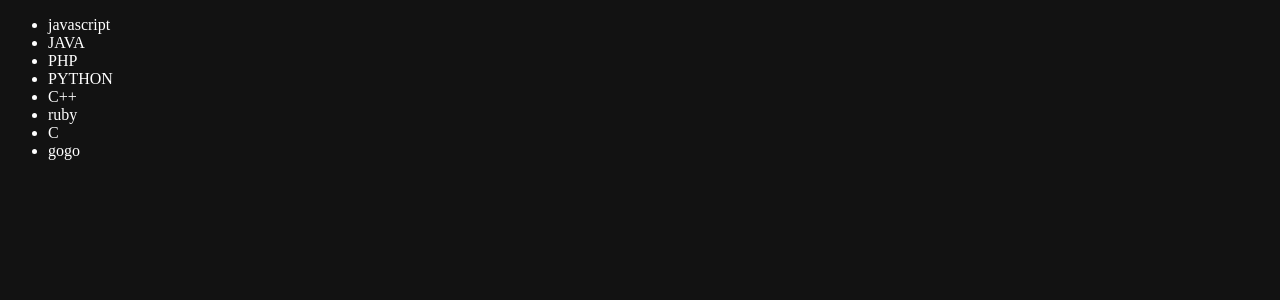
Repository: VishwaGoswami1407/JavaScript-Practice
Page: 06_dom/four.html
The author's editor kept a copy of each file at every save. The page is drawn from the files as they stood at one save, then again after the next save.
The browser window is 1280 px wide. The pictures show the whole page.

Above is the page before, as saved 2024-07-06 17:25:39.

After the next save:
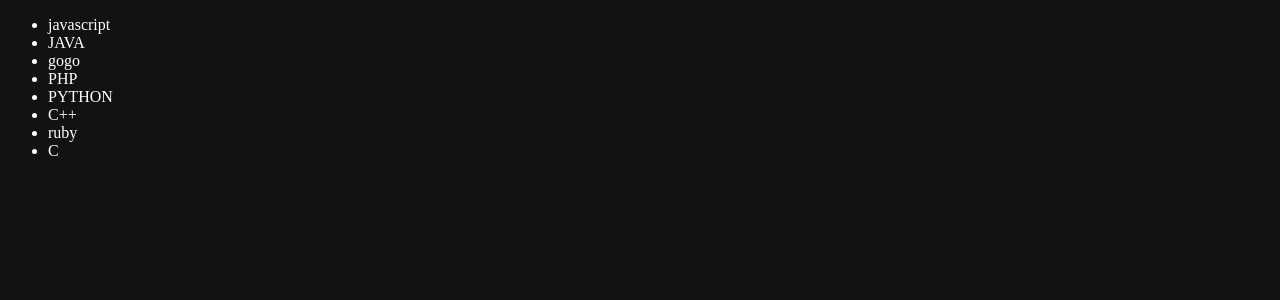
Saved 54 s later.
--- a/06_dom/four.html
+++ b/06_dom/four.html
@@ -49,7 +49,7 @@
 
     const li = document.createElement('li')
     li.appendChild(document.createTextNode("gogo"))
-    document.querySelector('.language').appendChild(li)
+    document.querySelector('li:nth-child(2)').appendChild(li)
 
 </script>
 </html>
